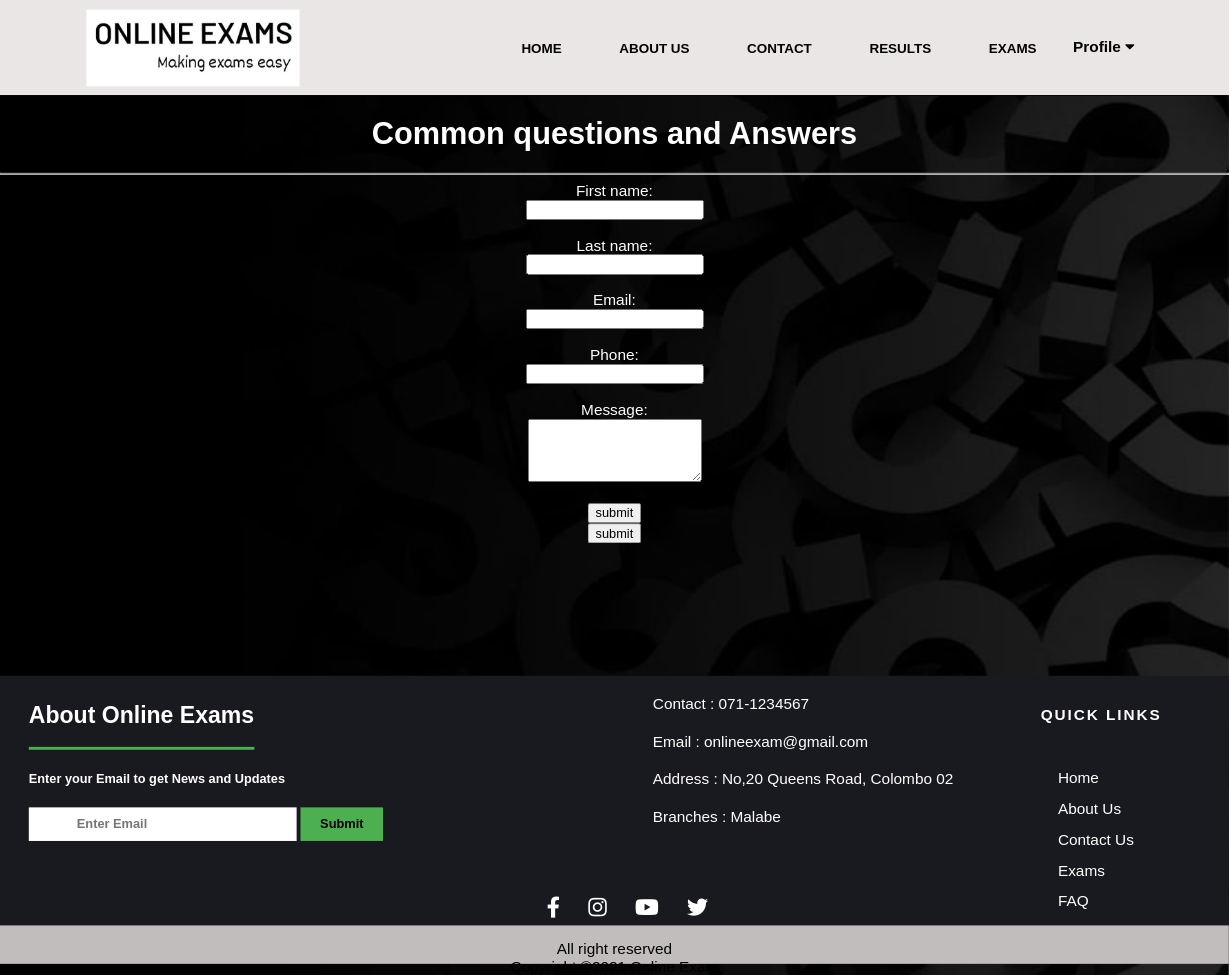
Repository: Isurinda-Shamika/online-exam
Page: http://localhost/online_exam/faq.jsp
An editor plug-in stored every save of this project. The page is shown before and after the next save, followed by the edit.
The browser window is 1280 px wide. The pictures show the whole page, at 96% of full size.
Some web libraries are served in a nearby version. The page is served by Tomcat 9. Nobody is signed in. The application's start-up code is not run.

Above is the page before, as saved 2022-11-09 09:13:07.

After the next save:
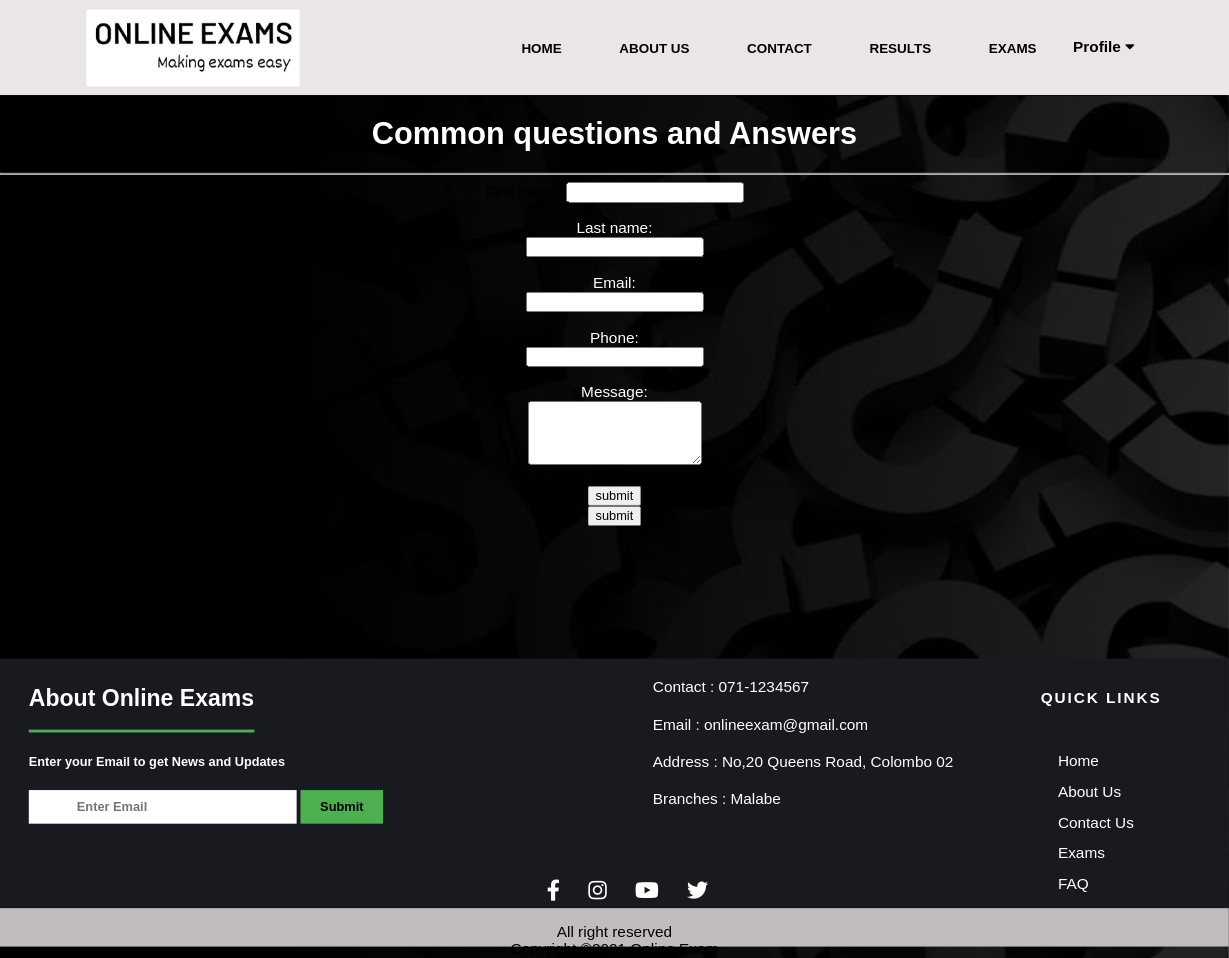
Saved 22 min 8 s later.
--- a/online exam/src/main/webapp/faq.jsp
+++ b/online exam/src/main/webapp/faq.jsp
@@ -50,7 +50,7 @@
 
     <form>
 
-                <font color="white">First name:</font><br>
+                First name:
                 <input type="text" name="fname" required><br><br>
                 <font color="white">Last name:</font><br>
                 <input type="text"  name="lname"required><br><br>
